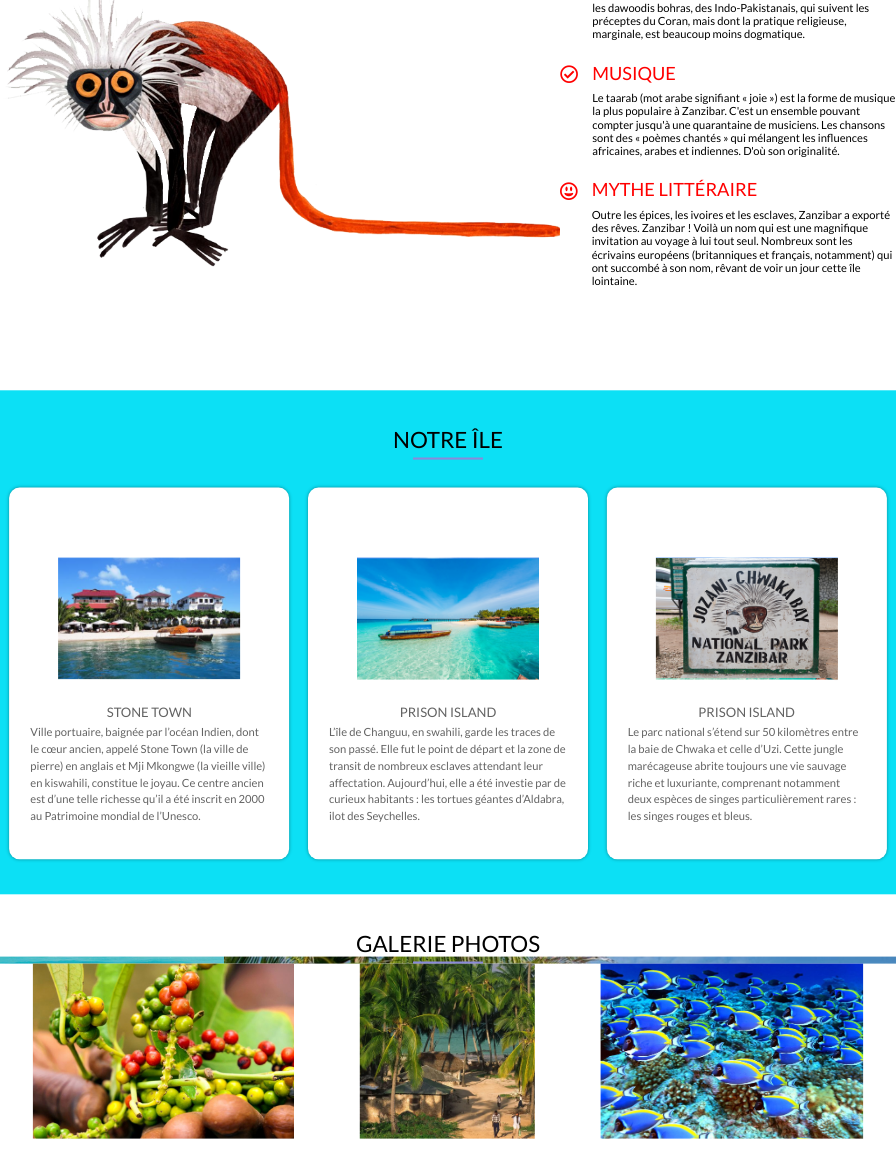
Repository: ypiard85/zanzibar
Page: index.html
These files come from the project's save history. The page is drawn as it stood at one moment and after a run of saves; the edit follows.
The browser window is 1280 px wide. The pictures show the part of the page from y = 1021 to 2941 px (the page is 2701 px tall before and 2941 px after), at 70% of full size.
Some web fonts or font styles are not loaded; a fallback is used.

Above is the page before, as saved 2021-03-01 11:16:50.

After the next 2 saves:
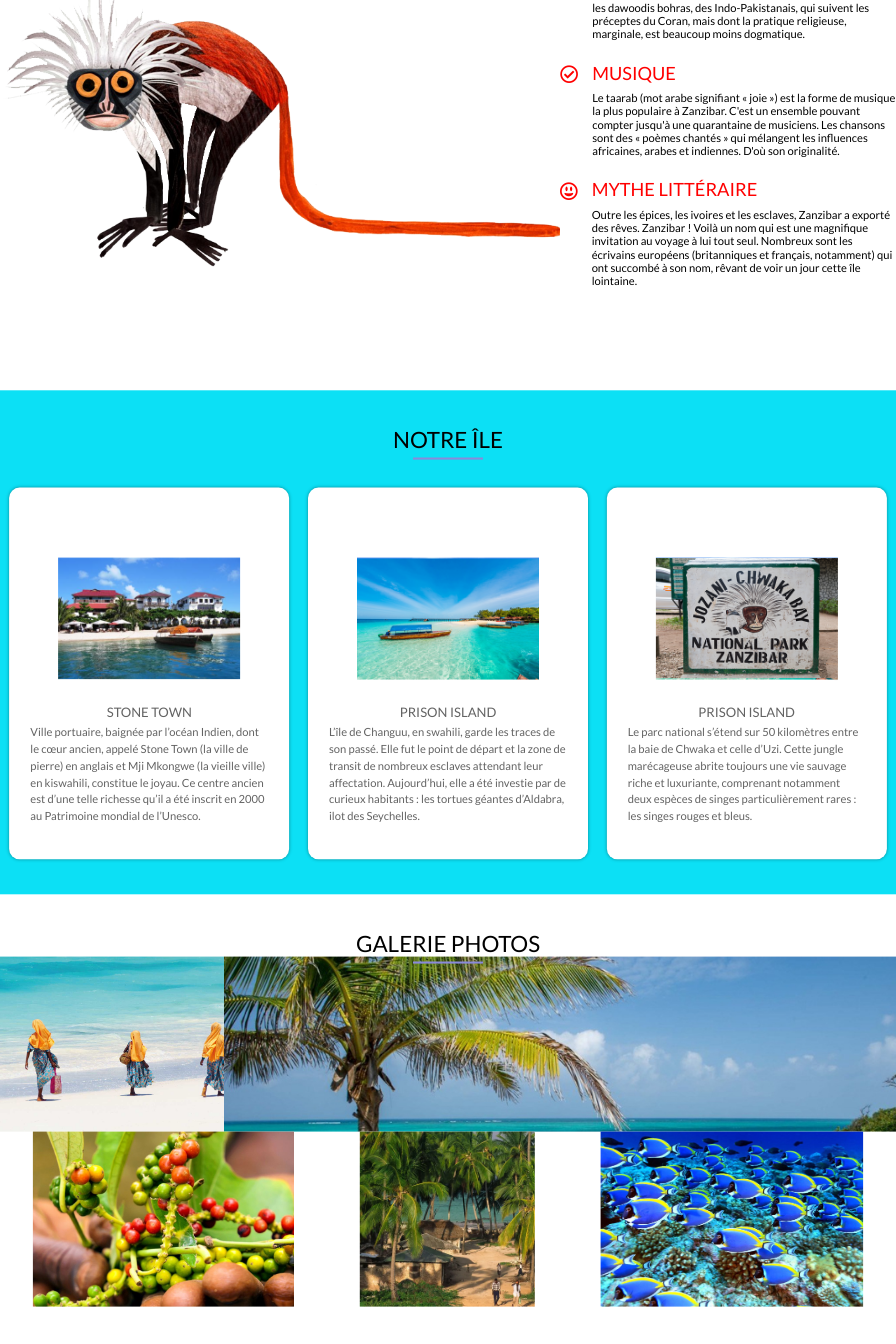
The 2 saves are shown as one change because they came seconds apart.
The last was saved 6 s later.
--- a/style.css
+++ b/style.css
@@ -215,7 +215,7 @@ section .title p {
 .img_top_left{
     width: 25%;
     background-image: url('./galerie/femmes-zanzibar.jpg');
-    height: 10px;
+    height: 250px;
     background-size: cover;
 }
 
